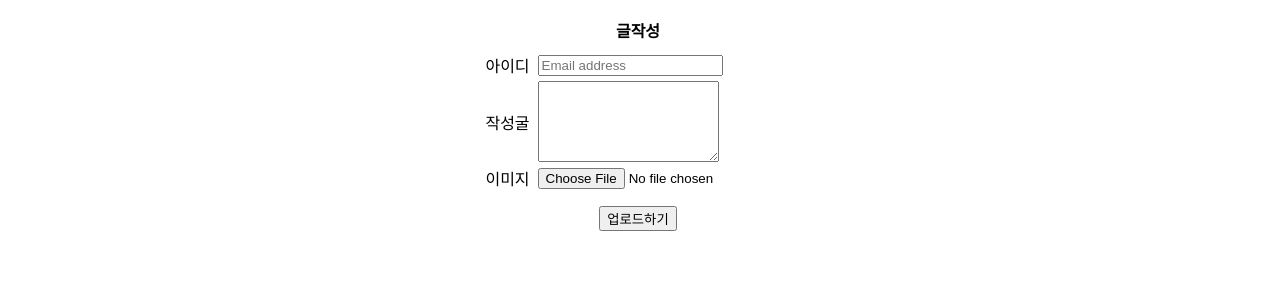
Repository: Do-yoon/JSP_source_code
Page: Hello2/src/main/webapp/feedAdd.html
The author's editor kept a copy of each file at every save. The page is drawn from the files as they stood at one save, then again after the next save.
The browser window is 1280 px wide. The pictures show the whole page.

Above is the page before, as saved 2021-04-29 03:04:42.

### Hello2/src/main/webapp/feedAdd.html
<html>
<head>
<meta charset="utf-8">
</head>
<body>
<form action="feedAdd.jsp" method="post" enctype="multipart/form-data">
<table align=center>
<tr><td colspan=2 align=center height=40><b>글작성</b><td></tr>
<tr>
    <td align=right>아이디&nbsp;</td>
    <td><input type="text" name="id" placeholder="Email address" required></td>
</tr>
<tr>
    <td align=right>작성굴&nbsp;</td>
    <td><textarea name="content" rows=5></textarea></td>
</tr>
<tr>
    <td align=right>이미지&nbsp;</td>
    <td><input type="file" name="image"></td>
</tr>
<tr>
    <td colspan=2 align=center height=50>
        <input type="submit" value="업로드하기">
    </td>
</tr>
</table>
</form>
</body>
</html>

After the next save:
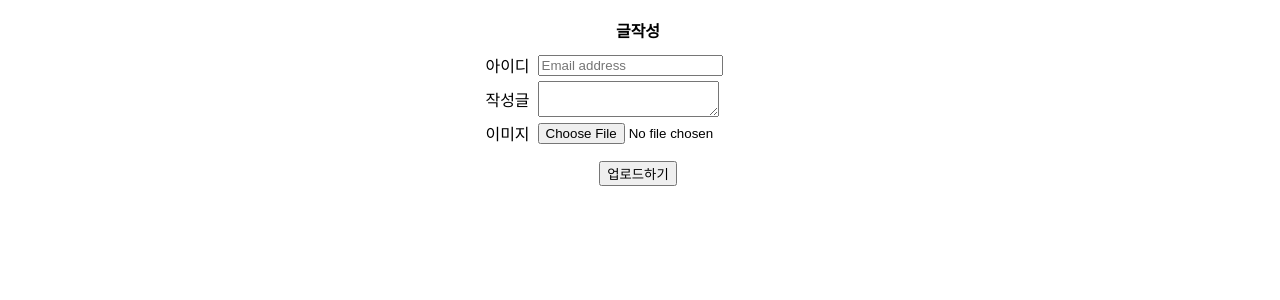
Saved 76 s later.
--- a/Hello2/src/main/webapp/feedAdd.html
+++ b/Hello2/src/main/webapp/feedAdd.html
@@ -11,8 +11,8 @@
     <td><input type="text" name="id" placeholder="Email address" required></td>
 </tr>
 <tr>
-    <td align=right>작성굴&nbsp;</td>
-    <td><textarea name="content" rows=5></textarea></td>
+    <td align=right>작성글&nbsp;</td>
+    <td><textarea name="content"></textarea></td>
 </tr>
 <tr>
     <td align=right>이미지&nbsp;</td>

After the save that followed:
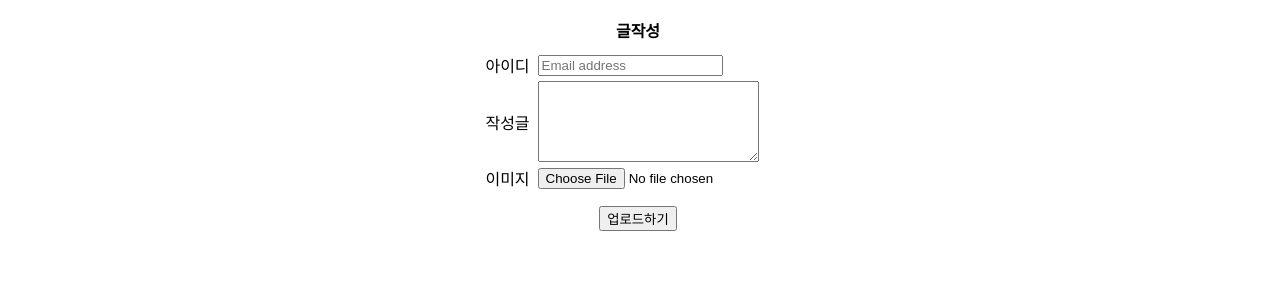
Saved 21 s later.
--- a/Hello2/src/main/webapp/feedAdd.html
+++ b/Hello2/src/main/webapp/feedAdd.html
@@ -12,7 +12,7 @@
 </tr>
 <tr>
     <td align=right>작성글&nbsp;</td>
-    <td><textarea name="content"></textarea></td>
+    <td><textarea name="content" rows=5 cols=25></textarea></td>
 </tr>
 <tr>
     <td align=right>이미지&nbsp;</td>
